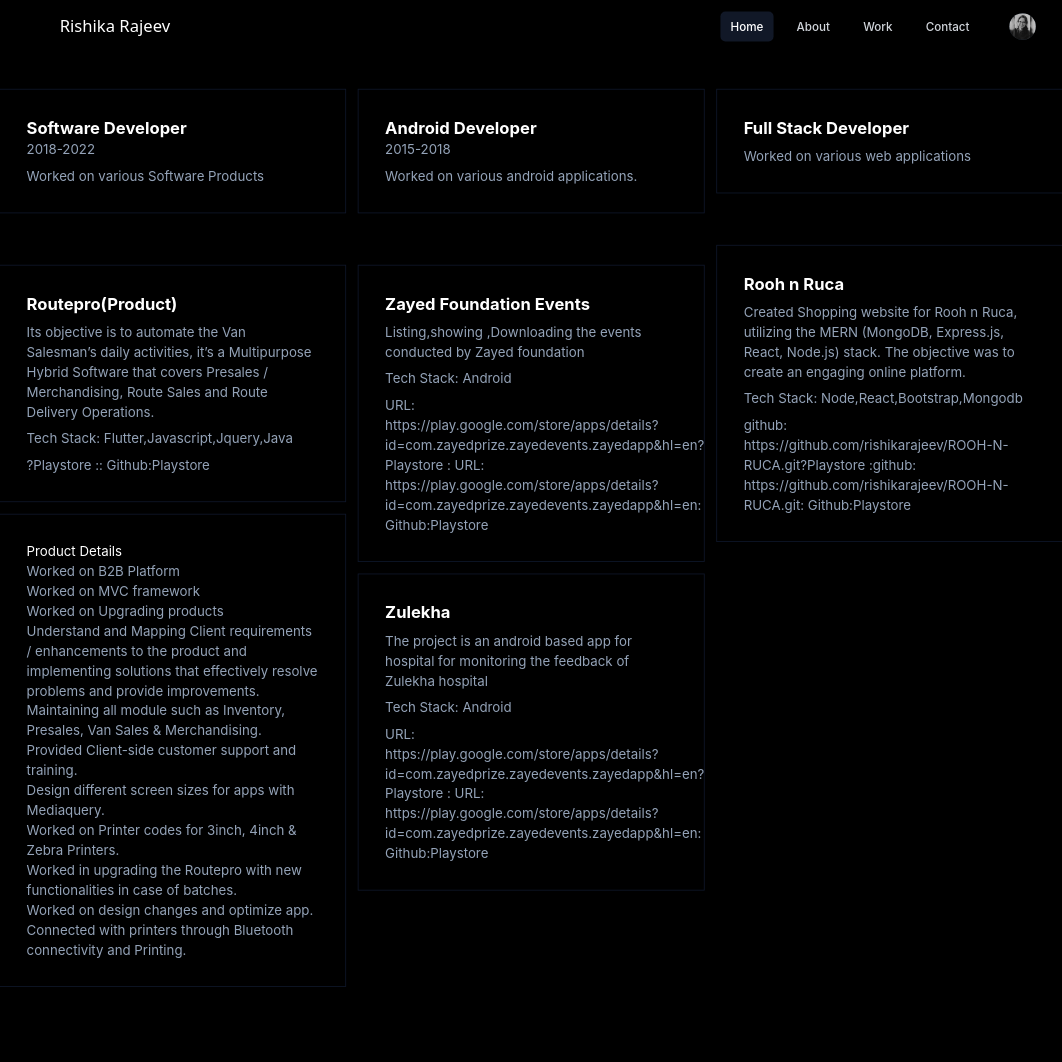
Repository: rishikarajeev/portfolio_rishika
Page: /work
The author's editor kept a copy of each file at every save. The page is drawn from the files as they stood at one save, then again after the next save.
The browser window is 1280 px wide. The pictures show the whole page, at 83% of full size.
The project was rebuilt for these pictures with package versions that can differ from the ones it lists, and the page was loaded fresh each time. Also part of the build but not shown: src/Pages/Home.jsx, src/Pages/About.jsx, src/Pages/Contact.jsx.

Above is the page before, as saved 2023-10-23 19:09:08.

### src/Components/Nav/Nav.jsx
import React from 'react'

import img from '../../Images/profile.jpeg'

function Nav() {
  return (
    <div><nav class="dark:bg-black">
    <div class="mx-auto max-w-7xl px-2 sm:px-6 lg:px-8">
      <div class="relative flex h-16 items-center justify-between">
      <div class="absolute inset-y-0 left-7 flex items-center ">

      <a href="#" class=" text-white  px-3 py-2 text-xl font-medium font-sans" aria-current="page">Rishika Rajeev</a>
        </div>
        <div class="absolute inset-y-0 left-0 flex items-center sm:hidden">

          <button type="button" class="relative inline-flex items-center justify-center rounded-md p-2 text-gray-400 hover:bg-gray-700 hover:text-white focus:outline-none focus:ring-2 focus:ring-inset focus:ring-white" aria-controls="mobile-menu" aria-expanded="false">
            <span class="absolute -inset-0.5"></span>
            <span class="sr-only">Open main menu</span>

            <svg class="block h-6 w-6" fill="none" viewBox="0 0 24 24" stroke-width="1.5" stroke="currentColor" aria-hidden="true">
              <path stroke-linecap="round" stroke-linejoin="round" d="M3.75 6.75h16.5M3.75 12h16.5m-16.5 5.25h16.5" />
            </svg>

            <svg class="hidden h-6 w-6" fill="none" viewBox="0 0 24 24" stroke-width="1.5" stroke="currentColor" aria-hidden="true">
              <path stroke-linecap="round" stroke-linejoin="round" d="M6 18L18 6M6 6l12 12" />
            </svg>
          </button>
        </div>
        <div class="flex flex-1 items-center justify-end sm:items-stretch sm:justify-end">
          {/* <div class="flex flex-shrink-0 items-center">
            <img class="h-8 w-auto" src="https://tailwindui.com/img/logos/mark.svg?color=indigo&shade=500" alt="Your Company"/>
          </div> */}
          <div class="hidden sm:ml-6 sm:block ">
            <div class="flex space-x-4 ">

              <a href="/" class="bg-gray-900 text-white rounded-md px-3 py-2 text-sm font-medium" >Home</a>
              <a href="/about" class="text-gray-300 hover:bg-gray-700 hover:text-white rounded-md px-3 py-2 text-sm font-medium">About</a>
              <a href="/work" class="text-gray-300 hover:bg-gray-700 hover:text-white rounded-md px-3 py-2 text-sm font-medium">Work</a>
              <a href="/contact" class="text-gray-300 hover:bg-gray-700 hover:text-white rounded-md px-3 py-2 text-sm font-medium">Contact</a>
            </div>
          </div>
        </div>
        <div class="absolute inset-y-0 right-0 flex items-center pr-2 sm:static sm:inset-auto sm:ml-6 sm:pr-0">
          {/* <button type="button" class="relative rounded-full bg-gray-800 p-1 text-gray-400 hover:text-white focus:outline-none focus:ring-2 focus:ring-white focus:ring-offset-2 focus:ring-offset-gray-800">
            <span class="absolute -inset-1.5"></span>
            <span class="sr-only">View notifications</span>
            <svg class="h-6 w-6" fill="none" viewBox="0 0 24 24" stroke-width="1.5" stroke="currentColor" aria-hidden="true">
              <path stroke-linecap="round" stroke-linejoin="round" d="M14.857 17.082a23.848 23.848 0 005.454-1.31A8.967 8.967 0 0118 9.75v-.7V9A6 6 0 006 9v.75a8.967 8.967 0 01-2.312 6.022c1.733.64 3.56 1.085 5.455 1.31m5.714 0a24.255 24.255 0 01-5.714 0m5.714 0a3 3 0 11-5.714 0" />
            </svg>
          </button> */}


          <div class="relative ml-3">
            <div>
              <button type="button" class="relative flex rounded-full bg-gray-800 text-sm focus:outline-none focus:ring-2 focus:ring-white focus:ring-offset-2 focus:ring-offset-gray-800" id="user-menu-button" aria-expanded="false" aria-haspopup="true">
                <span class="absolute -inset-1.5"></span>
                <span class="sr-only">Open user menu</span>
                <img class="h-8 w-8 rounded-full" src={img} alt=""/>
              </button>
            </div>

          </div>
        </div>
      </div>
    </div>


    <div class="sm:hidden" id="mobile-menu">
      <div class="space-y-1 px-2 pb-3 pt-2">

        <a href="/" class="bg-gray-900 text-white block rounded-md px-3 py-2 text-base font-medium" aria-current="page">Home</a>
        <a href="/about" class="text-gray-300 hover:bg-gray-700 hover:text-white block rounded-md px-3 py-2 text-base font-medium">About</a>
        <a href="/work" class="text-gray-300 hover:bg-gray-700 hover:text-white block rounded-md px-3 py-2 text-base font-medium">Work</a>
        <a href="/contact" class="text-gray-300 hover:bg-gray-700 hover:text-white block rounded-md px-3 py-2 text-base font-medium">Contact</a>
      </div>
    </div>
  </nav>
  </div>
  )
}

export default Nav

### src/Pages/Mywork.jsx
import React from "react";
import Work from "../Components/Work";
import Project from "../Components/Project";
import Nav from "../Components/Nav/Nav";

function Mywork() {
  return (
    <div class="dark md:bg-black ">
      <Nav />

      <div>
        {" "}
        <div className="container mx-auto  dark dark:bg-black">
          <h2 className="text-3xl font-bold mb-2 ">Work Experience</h2>

          <div class="grid grid-cols-1 md:grid-cols-3 gap-4 dark dark:bg-black">
            <div className="dark md:bg-black">
              <Work
                title="Software Developer"
                description="Worked on various Software Products"
                year="2018-2022"
              />
              <h2 className="text-3xl font-bold mt-6 mb-1">Projects</h2>
              <Project
                title="Routepro(Product)"
                description=" Its objective is to automate the Van Salesman’s daily activities, it’s a Multipurpose Hybrid Software that covers Presales / Merchandising, Route Sales and Route Delivery Operations."
                techStack="Flutter,Javascript,Jquery,Java"
              />
              <div className="dark:text-slate-400 ring-1 ring-slate-900 max-w-2xl p-8 dark dark:bg-black">
                <h2 className="text-white"> Product Details</h2>
                <ul>
                  <li>Worked on B2B Platform</li>
                  <li>Worked on MVC framework</li>
                  <li>Worked on Upgrading products </li>
                  <li>
                    Understand and Mapping Client requirements / enhancements to
                    the product and implementing solutions that effectively
                    resolve problems and provide improvements.
                  </li>
                  <li>
                    Maintaining all module such as Inventory, Presales, Van
                    Sales & Merchandising.
                  </li>
                  <li>Provided Client-side customer support and training.</li>
                  <li>
                    Design different screen sizes for apps with Mediaquery.
                  </li>
                  <li>
                    Worked on Printer codes for 3inch, 4inch & Zebra Printers.
                  </li>
                  <li>
                    Worked in upgrading the Routepro with new functionalities in
                    case of batches.
                  </li>
                  <li>Worked on design changes and optimize app.</li>
                  <li>
                    Connected with printers through Bluetooth connectivity and
                    Printing.
                  </li>
                </ul>
              </div>
            </div>
            <div>
            <Work
                title="Android Developer"
                description="Worked on various android applications."
                year="2015-2018"
              />
              <h2 className="text-3xl font-bold mt-6 mb-1">Projects</h2>
              <Project
                title="Zayed Foundation Events"
                description=" Listing,showing ,Downloading the events conducted by Zayed foundation"
                techStack="Android"
                Playstore=" URL: https://play.google.com/store/apps/details?id=com.zayedprize.zayedevents.zayedapp&hl=en"
              />
                  <Project
                title="Zulekha"
                description=" The project is an android based app for hospital for monitoring the feedback of Zulekha hospital"
                techStack="Android"
                Playstore=" URL: https://play.google.com/store/apps/details?id=com.zayedprize.zayedevents.zayedapp&hl=en"
              />
               <ul>
                            <li>Listing the events conducted by Zayed foundation</li>
                            <li>Showing Live events.</li>
                                <li>	Downloading and viewing files.</li>
                                    <li>	Integrated Google Map & Facebook</li>
                                        <li>	Implemented Calendar with Marked Events.</li>
                                            <li>	Playstore URL: https://play.google.com/store/apps/details?id=com.zayedprize.zayedevents.zayedapp&hl=en</li>

                        </ul>
            </div>
            <div className="dark md:bg-black">
              <Work
                title="Full Stack Developer"
                description="Worked on various web applications"

              />
              <h2 className="text-3xl font-bold mt-6 mb-1">Projects</h2>
              <Project
                title="Rooh n Ruca"
                description="    Created Shopping website for Rooh n Ruca, utilizing the MERN (MongoDB, Express.js, React, Node.js)  stack. The objective was to create an  engaging online platform."
                techStack="Node,React,Bootstrap,Mongodb"
                Playstore= "github: https://github.com/rishikarajeev/ROOH-N-RUCA.git"


              />


            </div>
          </div>
        </div>
      </div>
    </div>
  );
}

export default Mywork;

### src/Components/Work.jsx
import React from 'react';

const Work = ({ title, description, year }) => {
  return (
    <div className="mb-4 ring-1 ring-slate-900 max-w-2xl p-8 dark md:bg-black">
      <h3 className="text-xl font-bold text-white">{title}</h3>
      <p className="dark:text-slate-400">{year}</p>
      <p className="mt-2 dark:text-slate-400">{description}</p>
    </div>
  );
};

export default Work;

### src/Components/Project.jsx
import React from 'react';

const Project = ({ title, description, techStack,Playstore }) => {
  return (
    <div className="mb-4 ring-1 ring-slate-900 max-w-2xl p-8 dark md:bg-black">
      <h3 className="text-xl font-bold text-white">{title}</h3>
      <p className="mt-2 dark:text-slate-400">{description}</p>
      <p className="mt-2 dark:text-slate-400">Tech Stack: {techStack}</p>
      <p className="mt-2 dark:text-slate-400">{Playstore}?Playstore :{Playstore}: Github:Playstore</p>
    </div>
  );
};

export default Project;

### tailwind.config.js
/** @type {import('tailwindcss').Config} */
module.exports = {
  content: ["./src/**/*.{html,js,jsx}"],
  theme: {
    extend: {},
  },
  darkMode: 'class',
  plugins: [],
}

Loaded but not shown: public/index.html (common file); src/index.js (common file); src/index.css (common file); src/App.js (common file); src/reportWebVitals.js (common file); src/App.css (common file)

After the next save:
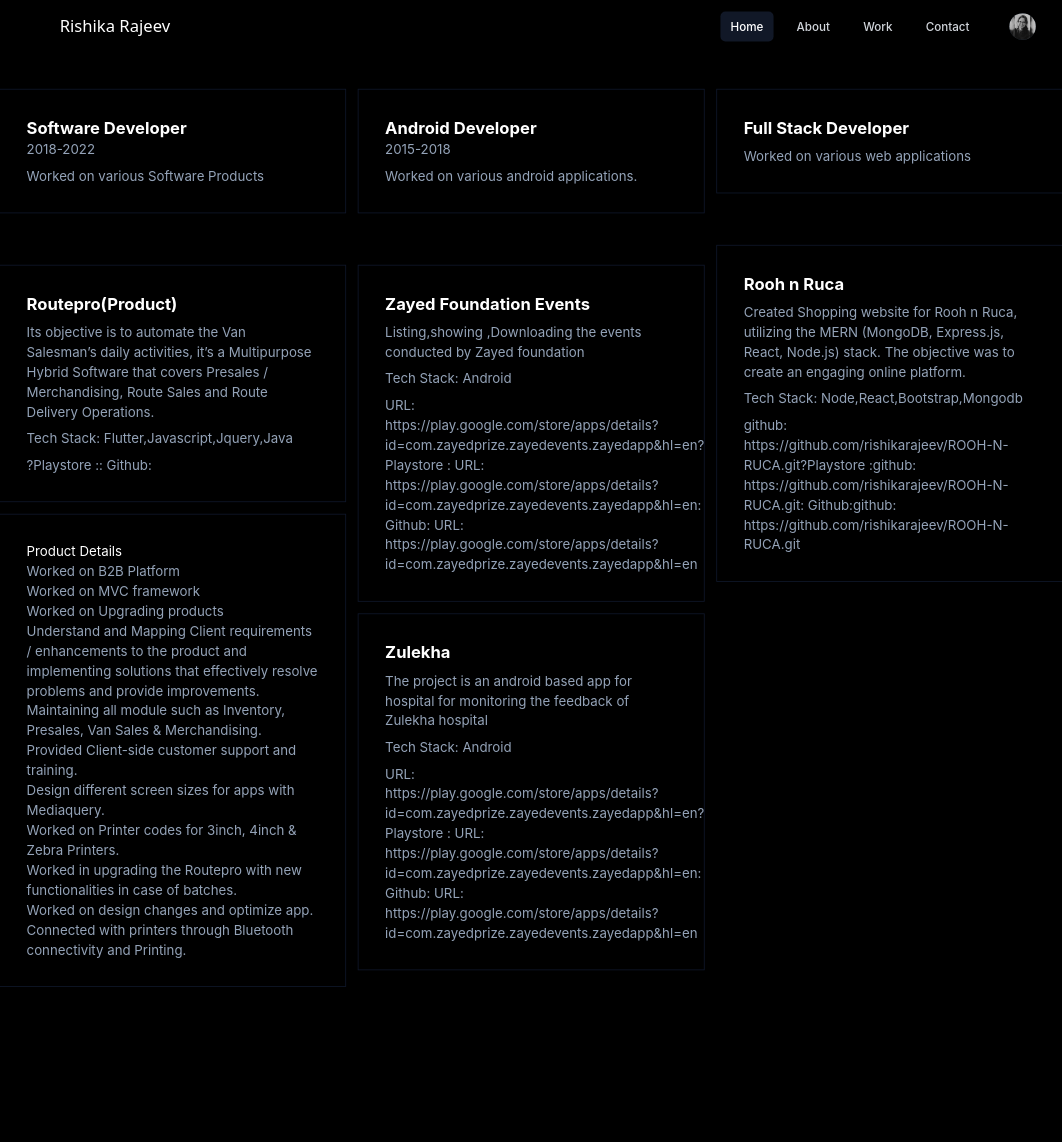
Saved 6 s later.
--- a/src/Components/Project.jsx
+++ b/src/Components/Project.jsx
@@ -6,7 +6,7 @@ const Project = ({ title, description, techStack,Playstore }) => {
       <h3 className="text-xl font-bold text-white">{title}</h3>
       <p className="mt-2 dark:text-slate-400">{description}</p>
       <p className="mt-2 dark:text-slate-400">Tech Stack: {techStack}</p>
-      <p className="mt-2 dark:text-slate-400">{Playstore}?Playstore :{Playstore}: Github:Playstore</p>
+      <p className="mt-2 dark:text-slate-400">{Playstore}?Playstore :{Playstore}: Github:{Playstore}</p>
     </div>
   );
 };
